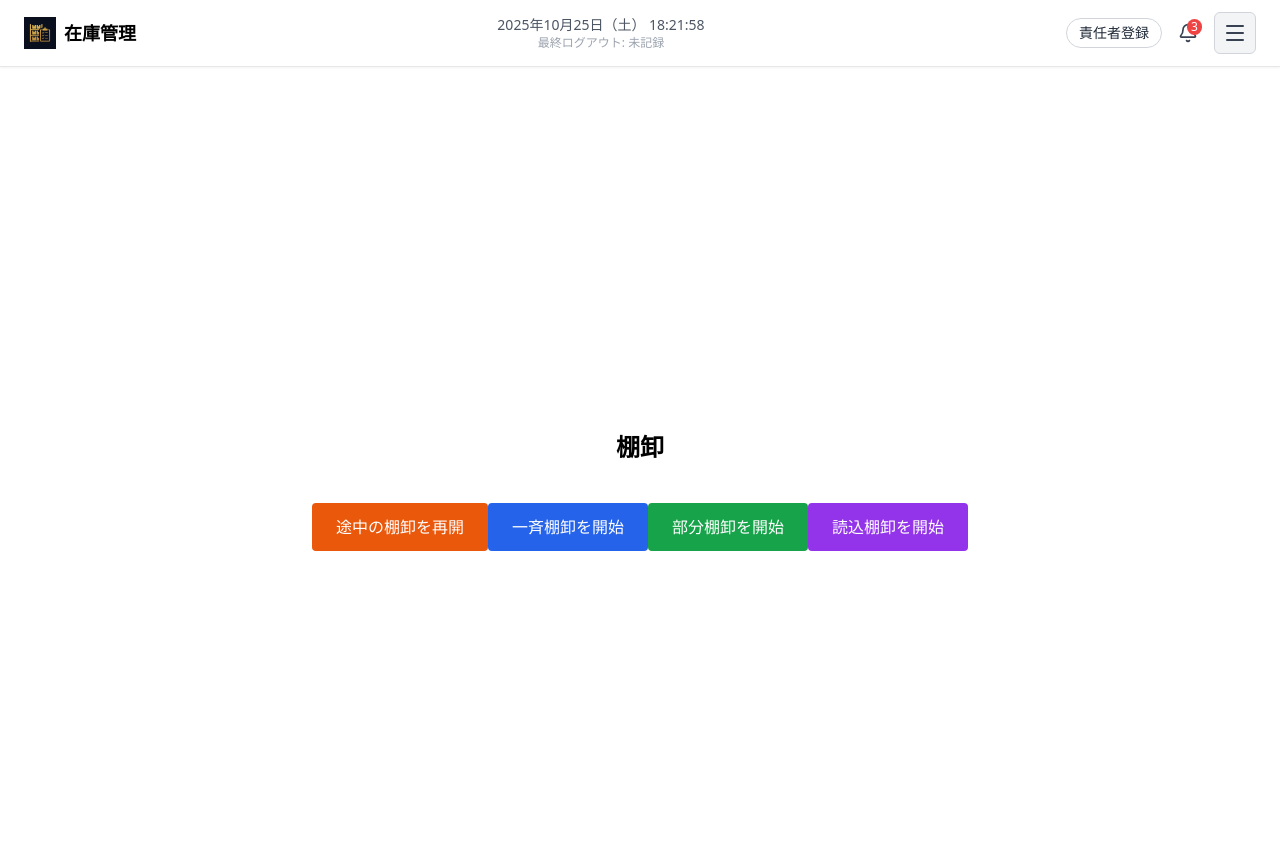
Repository: akauntozonghe-cpu/my-system
Page: /inventory/stocktaking
These files come from the project's save history. The page is drawn as it stood at one moment and after the next save; the edit follows.
The browser window is 1280 px wide. The pictures show the whole page.
The project was rebuilt for these pictures with package versions that can differ from the ones it lists, and the page was loaded fresh each time. The framework's server and built-in components were replaced by stand-ins that run in the browser. Also part of the build but not shown: next.config.js, next.config.ts.

Above is the page before, as saved 2025-10-27 01:28:06.

After the next save:
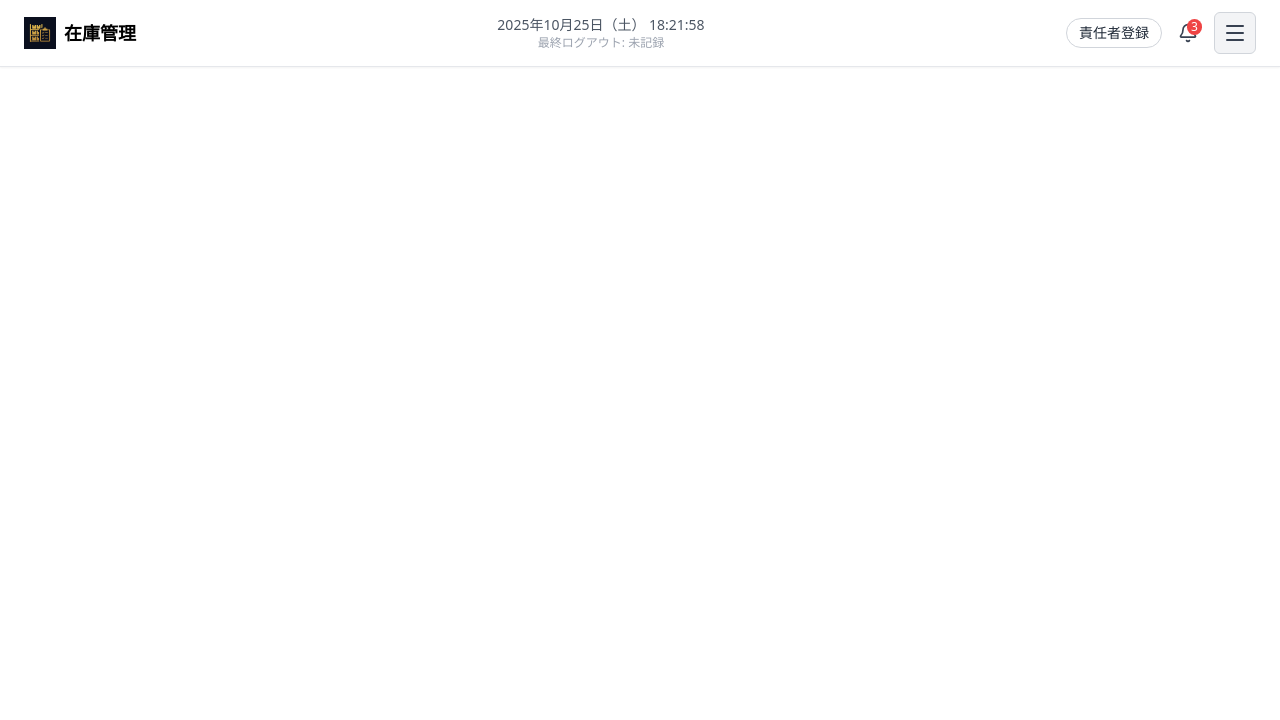
Saved 3 days later.
--- a/app/(protected)/inventory/stocktaking/layout.tsx
+++ b/app/(protected)/inventory/stocktaking/layout.tsx
@@ -1,7 +1,14 @@
-export default function Layout({ children }: { children: React.ReactNode }) {
+// app/layout.tsx
+import Header from "@/components/Header";
+import "./globals.css";
+
+export default function RootLayout({ children }: { children: React.ReactNode }) {
   return (
-    <div className="h-screen flex flex-col">
-      {children}
-    </div>
+    <html lang="ja">
+      <body>
+        <Header />   {/* ← ここに共通ヘッダー */}
+        <main>{children}</main>
+      </body>
+    </html>
   );
 }
